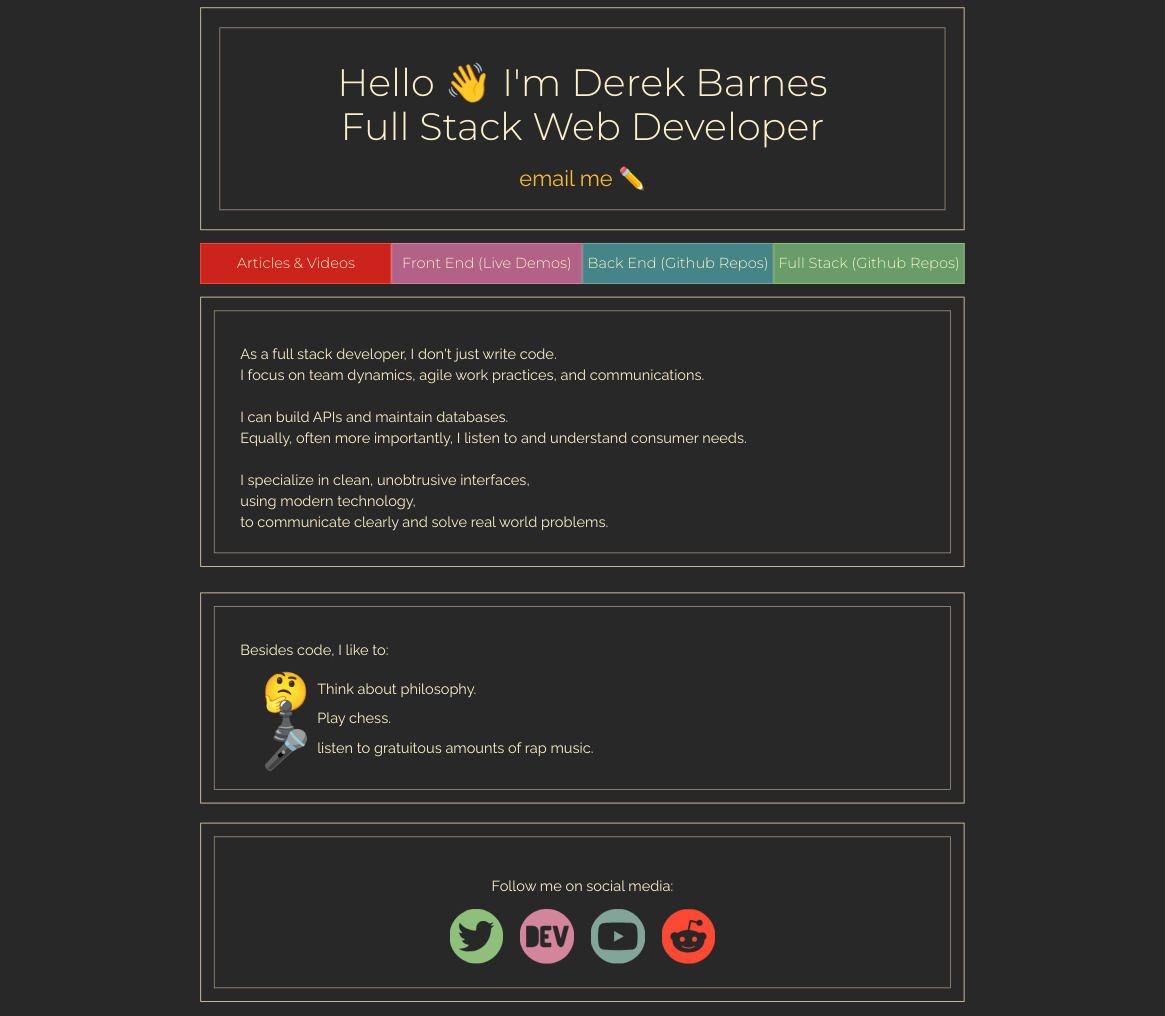
Repository: dsbarnes/groovy-blog
Page: index.html
These files come from the project's save history. The page is drawn as it stood at one moment and after the next save; the edit follows.
The browser window is 1280 px wide. The pictures show the whole page, at 91% of full size.
The style sheet was rebuilt from its Sass, Less or Tailwind sources for each picture, by a compiler version that may differ from the author's.

Above is the page before, as saved 2020-05-09 20:34:32.
Console error: TypeError: Cannot read properties of null (reading 'addEventListener')

### index.html
<!DOCTYPE html>
<html lang="en">

<head>
    <meta charset="UTF-8">
    <meta name="viewport" content="width=device-width, initial-scale=1.0">
    <link href="https://fonts.googleapis.com/css2?family=Montserrat:wght@300&display=swap" rel="stylesheet">
    <link href="https://fonts.googleapis.com/css2?family=Raleway&display=swap" rel="stylesheet">

    <title>D.S. Barnes</title>

    <link rel="stylesheet" href="./CSS/style.css">
</head>

<body>
    <div class="container">

        <div id='nameCard'>
            <div id="doubleBorder">
                <p>Hello 👋 I'm Derek Barnes</p>
                <p>Full Stack Web Developer</p>
                <br />
                <small><a href='mailto:derekb0147@gmail.com'>email me ✏️</a></small>
                <br />
            </div>
        </div>

        <div id='selections'>
            <p class='nav' data-color='red' id='articles'>Articles & Videos</p>
            <p class='nav' data-color='purple' id='frontend'>Front End (Live Demos)</p>
            <p class='nav' data-color='blue' id='backend'>Back End (Github Repos)</p>
            <p class='nav' data-color='aqua' id='fullstack'>Full Stack (Github Repos)</p>
        </div>

        <!-- <button id="toggle-button">Toggle collapse</button> -->

        <!-- Section one -->
        <div class="content">
            <div class='double-border'>
                <div id='about-section-text'>
                    <p>As a full stack developer, I don't just write code.</p>
                    <p>I focus on team dynamics, agile work practices, and communications.</p>
                    <br />
                    <p>I can build APIs and maintain databases.</p>
                    <p>Equally, often more importantly, I listen to and understand consumer needs.</p>
                    <br />
                    <p>I specialize in clean, unobtrusive interfaces,</p>
                    <p>using modern technology,</p>
                    <p>to communicate clearly and solve real world problems.</p>
                </div>

                <div id='articles-section-text'></div>
                <div id='frontend-section-text'></div>
                <div id='backend-section-text'></div>
                <div id='fullstack-section-text'></div>

            </div>
        </div>


        <!-- Section two -->
        <div class="hobbies collapsible">
            <div class='double-border collapsible'>

                <p>Besides code, I like to:</p>
                <br />

                <p class='xpad'>
                    <span class='bigEmoji'>🤔</span>
                    <span class='emojiText'>Think about philosophy.</span>
                </p>

                <p class='xpad'>
                    <span class='bigEmoji'>♟️</span>
                    <span class='emojiText'>Play chess.</span>
                </p>

                <p class='xpad'>
                    <span class='bigEmoji'>🎤</span>
                    <span class='emojiText'>listen to gratuitous amounts of rap music.</span>
                </p>


            </div>
        </div>


        <!-- Section three -->
        <div class="social-media">
            <div class="double-border">

                <p>Follow me on social media:</p>

                <div id='media-icons'>
                    <img src='../SVG/twitterLogo.svg'><a href='#' id='twitter'></a></img>
                    <img src='../SVG/devLogo.svg'><a href='#' id="devto"></a></img>
                    <img src='../SVG/youtubeLogo.svg'><a href='#' id='youtube'></a></img>
                    <img src='../SVG/redditLogo.svg'><a href='#' id='reddit'></a></img>
                </div>

            </div>
        </div>

    </div><!-- container -->

    <script type=module src="index.js"></script>
</body>

</html>

### index.js
import articles from './components/articles.js'
import repos from './components/repos.js'

import articlesData from './siteData/articles.js'
import backendData from './siteData/backEnd.js'
import frontendData from './siteData/frontEnd.js'
import fullstackData from './siteData/fullStack.js'

document.querySelector('#toggle-button')
    .addEventListener('click',
        function () {
            // Remove the about me section:
            const aboutText = document.getElementById('about-section-text')
            aboutText.style.display = 'none'

            // Add overflow: scroll
            document.querySelector('.section-one')
                .classList.toggle('collapsed')

            // Shrinks and fades out the middle box
            document.querySelector('.section-two.collapsible')
                .classList.toggle('collapsed')

            document.querySelector('.section-three')
                .classList.toggle('collapsed')

            // repopulate what was the about section
            // it is now the section the user clicked
            repos(backendData)




            // document.querySelector('.double-border.collapsible')
            //     .classList.toggle('collapsed')
        });

### components/articles.js
function modules(arr) {
    console.log('modules works')
}

export default modules

### components/repos.js
function repos(arr) {

    const root = document.getElementById('articles-section-text')

    for (const element of arr) {

        const keys = Object.keys(element)

        const container = document.createElement('div')
        const title = document.createElement('h1')
        const repolink = document.createElement('p')
        const demolink = document.createElement('p')
        const description = document.createElement('p')

        title.innerHTML = element['Repo']
        container.appendChild(title)

        repolink.innerHTML = element['RepoLink']
        container.appendChild(repolink)

        demolink.innerHTML = element['DemoLink']
        container.appendChild(demolink)

        description.innerHTML = element['Description']
        container.appendChild(description)


        container.id = 'article'
        root.appendChild(container)

    }
}

export default repos

### siteData/articles.js
const articleData = [
    {
        "Title": "Article Project One",
        "Link": "blah.com",
        "Date": "date-posted",
        "Short": "fjdklsafjdlks;fajsdl;f"
    },
    {
        "Title": "Article Project Two",
        "Link": "blah.com",
        "Date": "date-posted",
        "Short": "fjdklsafjdlks;fajsdl;f"
    },
    {
        "Title": "Article Project Three",
        "Link": "blah.com",
        "Date": "date-posted",
        "Short": "fjdklsafjdlks;fajsdl;f"
    },
    {
        "Title": "Article Project Four",
        "Link": "blah.com",
        "Date": "date-posted",
        "Short": "fjdklsafjdlks;fajsdl;f"
    },
    {
        "Title": "Article Project Five",
        "Link": "blah.com",
        "Date": "date-posted",
        "Short": "fjdklsafjdlks;fajsdl;f"
    }
]

export default articleData

### siteData/backEnd.js
const backendData = [
    {
        "Repo": "Back End Project One",
        "RepoLink": "blah.com",
        "Description": "README.md"
    },
    {
        "Repo": "Back End Project Two",
        "RepoLink": "blah.com",
        "Description": "README.md"
    },
    {
        "Repo": "Back End Project Three",
        "RepoLink": "blah.com",
        "Description": "README.md"
    },
    {
        "Repo": "Back End Project Four",
        "RepoLink": "blah.com",
        "Description": "README.md"
    },
    {
        "Repo": "Back End Project Five",
        "RepoLink": "blah.com",
        "Description": "README.md"
    }
]

export default backendData

### siteData/frontEnd.js
const frontendData = [
    {
        "Repo": "Front End Project One",
        "RepoLink": "blah.com",
        "DemoLink": "demo link",
        "Description": "README.md"
    },
    {
        "Repo": "Front End Project Two",
        "RepoLink": "blah.com",
        "DemoLink": "demo link",
        "Description": "README.md"
    },
    {
        "Repo": "Front End Project Three",
        "RepoLink": "blah.com",
        "DemoLink": "demo link",
        "Description": "README.md"
    },
    {
        "Repo": "Front End Project Four",
        "RepoLink": "blah.com",
        "DemoLink": "demo link",
        "Description": "README.md"
    },
    {
        "Repo": "Front End Project Five",
        "RepoLink": "blah.com",
        "DemoLink": "demo link",
        "Description": "README.md"
    }
]

export default frontendData

### siteData/fullStack.js
const fullstackData = [
    {
        "Repo": "Full Stack Project One",
        "RepoLink": "blah.com",
        "Description": "README.md"
    },
    {
        "Repo": "Full Stack Project Two",
        "RepoLink": "blah.com",
        "Description": "README.md"
    },
    {
        "Repo": "Full Stack Project Three",
        "RepoLink": "blah.com",
        "Description": "README.md"
    },
    {
        "Repo": "Full Stack Project Four",
        "RepoLink": "blah.com",
        "Description": "README.md"
    },
    {
        "Repo": "Full Stack Project Five",
        "RepoLink": "blah.com",
        "Description": "README.md"
    }
]

export default fullstackData

### style.scss
// Main Container:
// Sizings - everything is a multiple of 14!!
$container-width: 840px;
$container-height: 1100px;
$outer-width: $container-width * .8;
$margin-pad-sizing: 14px;


// Gruvbox colors:
$background-color: #282828;
$background-alt-color: #3c3836;
$font-color: #fbf1c7;
$font-alt-color: #ebdbb2;
$outer-border: #d5c4a1;
$inner-border: #928374;
$red-color: #cc241d;
$light-red-color: #fb4934;
$green-color: #98971a;
$light-green-color: #b8bb26;
$yellow-color: #d79921;
$light-yellow-color: #fabd2f;
$blue-color: #458588;
$light-blue-color: #83a598;
$purple-color: #b16286;
$light-purple-color: #d3869b;
$aqua-color: #689d6a;
$light-aqua-color: #8ec07c;


// Font:
$title-font: 'Montserrat', sans-serif;
$body-font: 'Raleway', sans-serif;
$title-font-size: 42px;
$body-font-size: 16px;


//Mixins:
@mixin bg-border($bg-color, $border-color){
  background-color: $bg-color;
  border: 1px solid $border-color;
}
@mixin font-fam-size($fam, $size){
  font-family: $fam;
  font-size: $size;
}
@mixin sectionButton($bg-color, $border-color){
  @include bg-border($bg-color, $border-color);
  @include font-fam-size($title-font, $body-font-size);
  display: inline-block;
  margin: 0 auto;
  //That just looks best as 12, idk.
  padding: 12px 0px;
  text-align: center;
  width: (($container-width / 4));
}

// Keyframes:
@keyframes fade-in{
  from{color: white;}
  to{ color: black;}
}
#article{ animation: fade-in 3s forwards;}


// Overall styling:
* { box-sizing:border-box; }
body{ background-color: $background-color; color: $font-color }

//Everything visible is inside this container:
.container {
  display:flex;
  flex-direction:column;
  justify-content:flex-start;
  width: $container-width;
  margin: 0 auto;
  // we're required to set height explicitly
  height: $container-height;
}

// Name Card
#nameCard{
  border: 1px solid $outer-border;
  padding: $margin-pad-sizing/2;
  text-align: center;
  line-height: $margin-pad-sizing/2;

  small{ @include font-fam-size($body-font, $body-font-size*1.5); }
  a{ text-decoration: none; color: $light-yellow-color }

  #doubleBorder{
      @include bg-border($background-color, $inner-border);
      p{ @include font-fam-size($title-font, $title-font-size);}
      margin: $margin-pad-sizing auto;
      padding: $margin-pad-sizing;
      padding-bottom: $margin-pad-sizing*2;

      // 14px b/c of margin.
      // Why *3? Good question.
      width: ($container-width - 14px*3);
  }
}

// Nav 'buttons'
#selections{
  display: flex;
  justify-content: space-between;
  margin-top: $margin-pad-sizing;
}
#articles{ @include sectionButton($red-color, $light-red-color) }
#frontend{ @include sectionButton($purple-color, $light-purple-color) }
#backend{ @include sectionButton($blue-color, $light-blue-color) }
#fullstack{ @include sectionButton($aqua-color, $light-aqua-color) }

// General double border settings, different from
// name card b/c ...damnit
.double-border{
  border: 1px solid $inner-border;
  height: calc(100% - $margin-pad-sizing*2);
  width: calc(100% - $margin-pad-sizing*2);
  margin: $margin-pad-sizing auto 0 auto;
  padding: $margin-pad-sizing*2;
}
.double-border.collapsed { border: 0px solid white; }


// This is the section that expands:
.content{
  @include bg-border($background-color, $outer-border);
  @include font-fam-size($body-font, $body-font-size);
  line-height: $margin-pad-sizing/2;
  margin: $margin-pad-sizing 0;
  flex: 3;
  // overflow: hidden;
}
.content.collapsed{
  // overflow: hidden;
  .double-border{ overflow: scroll; }
}
// This section dissapears:
.hobbies {
  // note that we're transitioning flex, not height!
  @include bg-border($background-color, $outer-border);
  @include font-fam-size($body-font, $body-font-size);
  line-height: $margin-pad-sizing/2;
  margin: $margin-pad-sizing 0;
  flex: 2;
  .bigEmoji{ font-size: $title-font-size; }
  .xpad{ padding-left: 24px; }
  .emojiText{
      bottom: 12px;
      padding-left: 4px;
      position: relative;
  }
  // overflow:hidden;
  transition:all 0.4s ease;
  transition-property: flex, border, margin, padding, color;
}
.hobbies.collapsed {
  border: 0px solid $background-color;
  color: $background-color;
  flex: 0;
  margin: 0 200px;
  padding: 0 400px;
}
// This section never changes
.social-media{
  @include bg-border($background-color, $outer-border);
  @include font-fam-size($body-font, $body-font-size);
  text-align: center;
  margin: 7px 0;
  flex: 2;
  transition: all 0.6s ease;
}
.section-three.collapsed{ flex: 1; }


// Social Media Icons:
#media-icons{
  width: $container-width / 2;
  margin: 0 auto;
  text-align: center;
  line-height: 14px;
  img{ width: 14.2%; margin: 0 7px; }
}

After the next save:
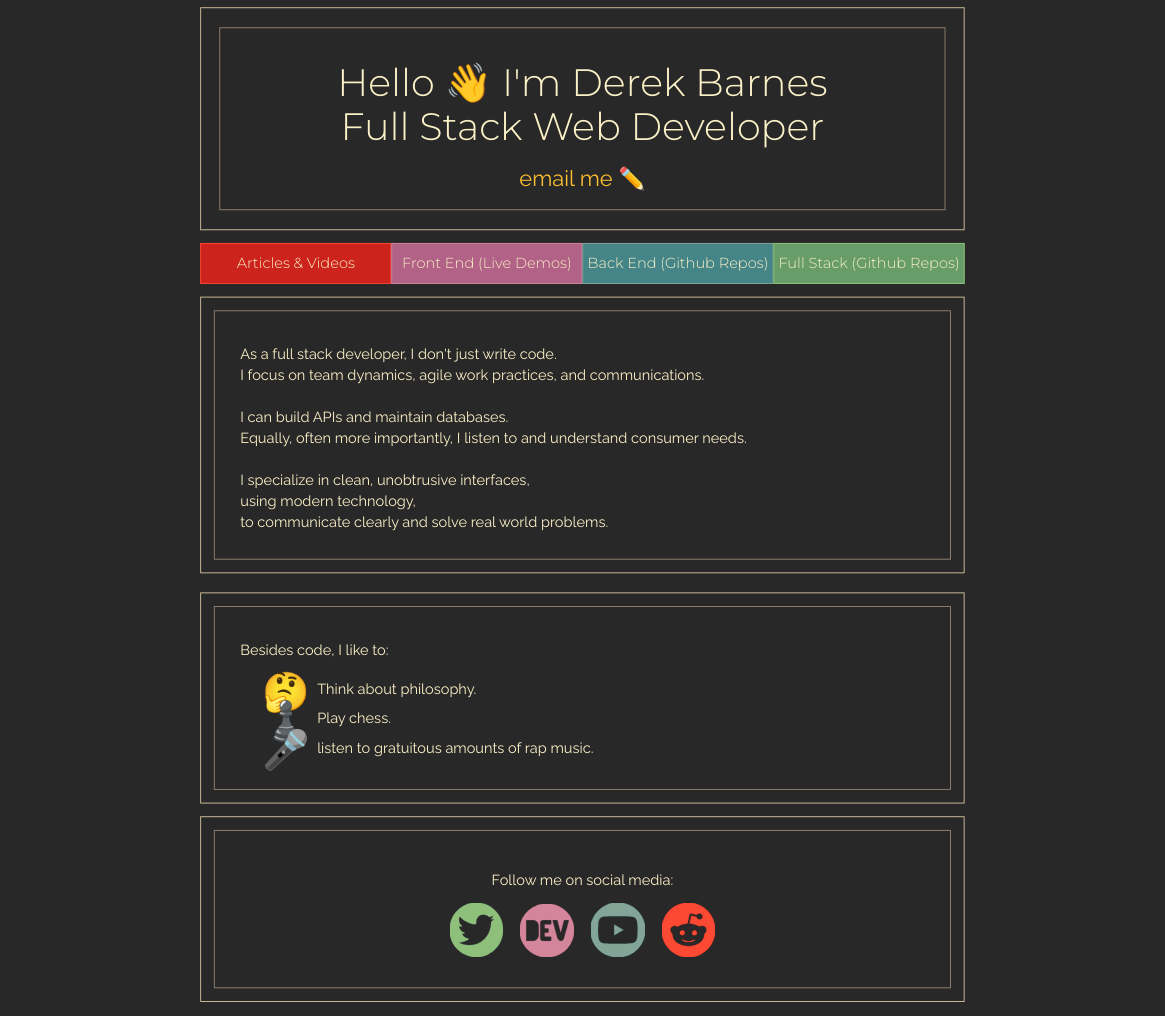
Saved 4 s later.
--- a/style.scss
+++ b/style.scss
@@ -142,7 +142,7 @@ body{ background-color: $background-color; color: $font-color }
   @include bg-border($background-color, $outer-border);
   @include font-fam-size($body-font, $body-font-size);
   line-height: $margin-pad-sizing/2;
-  margin: $margin-pad-sizing 0;
+  margin: 7px 0;
   flex: 2;
   .bigEmoji{ font-size: $title-font-size; }
   .xpad{ padding-left: 24px; }
